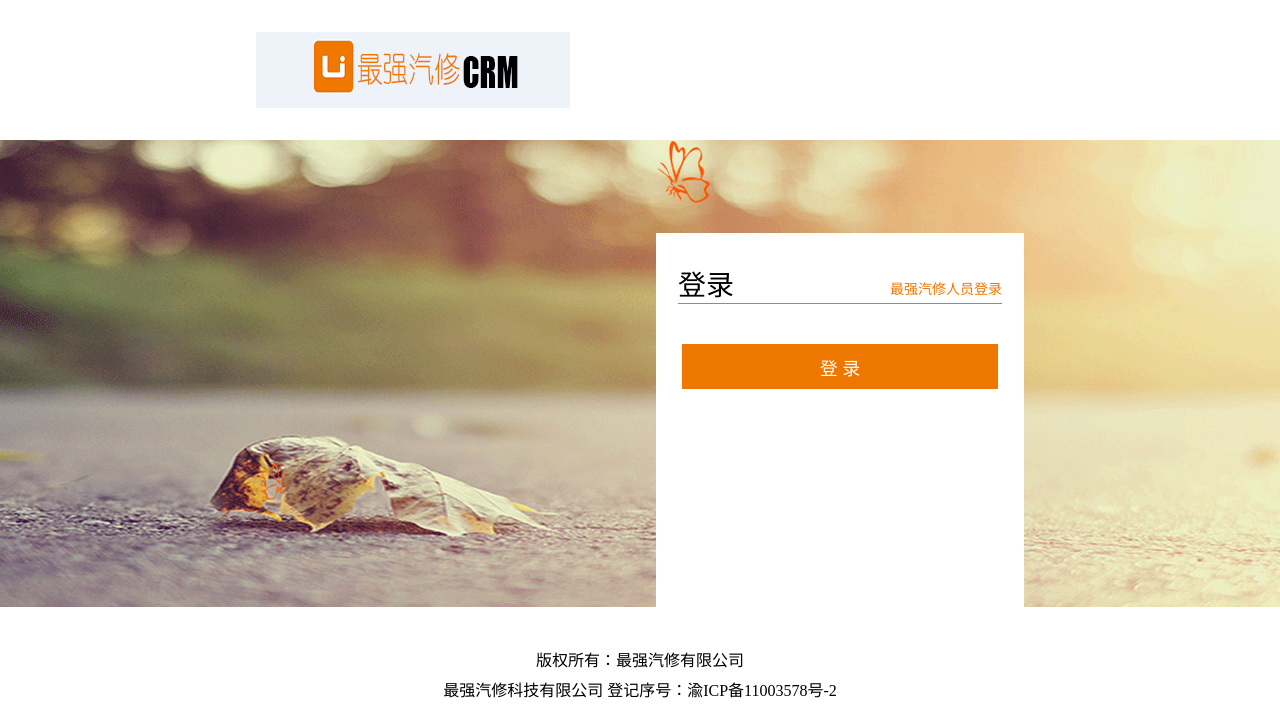
Repository: liaojingrui01/CarRepair
Page: http://localhost/CarWebPro/carOfficial/login.jsp
The author's editor kept a copy of each file at every save. The page is drawn from the files as they stood at one save, then again after the next save.
The browser window is 1280 px wide. The pictures show the whole page.
The page is served by Tomcat 9. Other server files are loaded and not shown.

Above is the page before, as saved 2019-07-02 10:13:32.

### CarWebPro/WebContent/carOfficial/login.jsp
<%@ page language="java" contentType="text/html; charset=utf-8"
	pageEncoding="utf-8"%>
<!DOCTYPE html PUBLIC "-//W3C//DTD XHTML 1.0 Transitional//EN" "http://www.w3.org/TR/xhtml1/DTD/xhtml1-transitional.dtd">
<html xmlns="http://www.w3.org/1999/xhtml">
<head>
<meta http-equiv="Content-Type" content="text/html; charset=utf-8" />
<title>最强汽修人员登录页面</title>
<link rel="stylesheet" type="text/css" href="./css/public.css" />
<link rel="stylesheet" type="text/css" href="./css/page.css" />
<script type="text/javascript" src="./js/jquery.min.js"></script>
<script type="text/javascript" src="./js/public.js"></script>
</head>
<body>

	<!-- 登录页面头部 -->
	<div class="logHead">
		<img src="./img/logLOGO.png" />
	</div>
	<!-- 登录页面头部结束 -->

	<!-- 登录body -->

	<div class="logDiv">
		<img class="logBanner" src="./img/logBanner.png" />
		<div class="logGet">
			<!-- 头部提示信息 -->
			<div class="logD logDtip">
				<p class="p1">登录</p>
				<p class="p2">最强汽修人员登录</p>
			</div>
			<!-- 输入框 -->
			<form action="${pageContext.request.contextPath }/admUrl?op=login" method="post">

				<div class="logC">
					<button type="submit">登 录</button>
				</div>
			</form>
		</div>
	</div>

	<!-- 登录body  end -->

	<!-- 登录页面底部 -->
	<div class="logFoot">
		<p class="p1">版权所有：最强汽修有限公司</p>
		<p class="p2">最强汽修科技有限公司 登记序号：渝ICP备11003578号-2</p>
	</div>
	<!-- 登录页面底部end -->
</body>
</html>

### CarWebPro/WebContent/backstage/css/public.css
@charset "utf-8";

* {
	padding: 0;
	margin: 0;
	font-family: "Microsoft YaHei";
	font-size: 14px;
}
#hides{display: none;}
a {
	text-decoration: none;
}

li {
	list-style-type: none;
}

/*head.css*/
/*页面整形CSS   请勿删除和覆盖   hy*/
#bg {
	width: 100%;
	overflow-x: hidden;
}

.head {
	width: 100%;
	height: 100px;
	background-color: #4390b9;
}

.head .headL {
	width: 440px;
	height: 100%;
	text-align: center;
	float: left;
	display: inline-block;
}

.head .headL img.headLogo {
	padding-top: 28px;
}

.head .headR {
	width: 400px;
	height: 100%;
	display: inline-block;
	float: right;
	text-align: right;
	margin-right: 120px;
}

.head .headR .p1 {
	padding-top: 30px;
	font-size: 18px;
	color: white;
	display: inline-block;
	cursor: pointer;
}

.head .headR .p2 {

}

.head .headR .p2 a {
	font-size: 14px;
	padding-top: 12px;
	display: inline-block;
	color: white;
	cursor: pointer;
}
/*head.html  弹出框关闭*/
.closeOut {
	width: 100%;
	height: 100%;
	background-color: rgba(0, 0, 0, 0.39);
	position: fixed;
	top: 0px;
	display: none;
}

.closeOut .coDiv {
	width: 20%;
	margin: auto;
	background-color: #fff;
	position: relative;
	top: 30%;
	text-align: center;
}

.closeOut .coDiv .p1 {
	position: relative;
	top: 5px;
	left: 45%;
}

.closeOut .coDiv .p1 span {
	width: 30px;
	height: 30px;
	display: inline-block;
	color: #fff;
	background-color: #3695cc;
	border-radius: 15px;
	line-height: 30px;
	font-size: 20px;
	cursor: pointer;
}

.closeOut .coDiv .p2 {
	font-size: 18px;
	margin-top: 20px;
}

.closeOut .coDiv .p3 {
	margin-top: 20px;
}

.closeOut .coDiv .p3 .ok {
	display: inline-block;
	width: 100px;
	height: 40px;
	background-color: #fff;
	border: 1px solid #3695cc;
	line-height: 40px;
	margin-left: 25px;
	margin-right: 25px;
	color: #333;
	font-size: 16px;
	margin-bottom: 65px;
}

.closeOut .coDiv .p3 .no {
	background-color: #3695cc;
	color: #fff;
}

/*******left页面css*******/
.container {
	width: 220px;
	height: 100%;
	margin: auto;
	position: absolute;
}

.leftsidebar_box {
	width: 220px;
	height: 100%;
	background-color: #f2f2f2;
}

.leftsidebar_box dt {
	background-color: #f9f9f9;
	color: #333;
	font-size: 14px;
	position: relative;
	line-height: 44px;
	cursor: pointer;
	border-bottom: 1px solid #dedede;
	border-right: 1px solid #dedede;
	padding-left: 40px;
}

.leftsidebar_box dd {
	display: none;
	position: relative;
	background-color: white;
	padding-left: 65px;
	border-bottom: 1px solid #dedede;
	border-right: 1px solid #dedede;
}

.leftsidebar_box dd a {
	color: #333;
	line-height: 42px;
	width: 100%;
	height: 100%;
	display: inline-block;
	cursor: pointer;
}

.leftsidebar_box dt img.icon1 {
	display: none;
	position: absolute;
	top: 10px;
	left: 10px;
}

.leftsidebar_box dt img.icon2 {
	position: absolute;
	top: 10px;
	left: 10px;
}

.leftsidebar_box dt img.icon3 {
	display: none;
	position: absolute;
	top: 20px;
	right: 12px;
}

.leftsidebar_box dt img.icon4 {
	position: absolute;
	top: 20px;
	right: 12px;
}

.leftsidebar_box dd img.icon5 {
	display: none;
	position: absolute;
	top: 0px;
	right: 0px;
}

.leftsidebar_box dd img.coin11 {
	display: none;
	position: absolute;
	top: 0px;
	left: 40px;
}

.leftsidebar_box dd img.coin22 {
	position: absolute;
	top: 0px;
	left: 40px;
}

.leftsidebar_box dl dd:last-child {
	padding-bottom: 10px;
}

.leftsidebar_box .line {
	background-color: #f9f9f9;
	color: #333;
	font-size: 14px;
	position: relative;
	line-height: 44px;
	cursor: pointer;
	border-bottom: 1px solid #dedede;
	border-right: 1px solid #dedede;
	padding-left: 40px
}

.leftsidebar_box .line img {
	position: absolute;
	top: 10px;
	left: 10px;
}

.leftsidebar_box .menu_chioce1 {
	color: #106ea9;
}

.leftsidebar_box .menu_chioce2 {
	color: #106ea9;
}
/*left.css end*/

### CarWebPro/WebContent/backstage/css/page.css
@charset "utf-8";
/*登录页面样式*/
.logHead {
	width: 100%;
	height: 140px;
}
#hides{display: none;}
.logHead img {
	margin-left: 20%;
	margin-top: 32px;
}

.logDiv {
	width: 100%;
	position: relative;
}

.logDiv img.logBanner {
	width: 100%;
	overflow: hidden;
}

.logDiv .logGet {
	width: 368px;
	height: 408px;
	background-color: white;
	position: absolute;
	top: 20%;
	right: 20%;
}

.logDiv .logGet .logDtip {
	width: 88%;
	border-bottom: 1px solid #ee7700;
	margin: 0px auto;
	margin-bottom: 40px
}

.logDiv .logGet .lgD {
	width: 86%;
	margin: 0px auto;
	position: relative;
	margin-bottom: 20px;
}

.logDiv .logGet .lgD img.img1 {
	position: absolute;
	top: 12px;
	left: 8px;
}

.logDiv .logGet .lgD input {
	width: 100%;
	height: 42px;
	text-indent: 2.5rem;
}

.logDiv .logGet .lgD input.getYZM {
	width: 160px;
	display: inline-block;
}

.logDiv .logGet .lgD .logYZM {
	width: 100px;
	height: 46px;
	overflow: hidden;
	display: inline-block;
	position: relative;
	top: 18px;
}

.logDiv .logGet .lgD .logYZM img.yzm {
	width: 100%;
}

.logDiv .logGet .logD2 {
	margin-top: -20px;
}

.logDiv .logGet .logD .p1 {
	display: inline-block;
	font-size: 28px;
	margin-top: 30px;
}

.logDiv .logGet .logD .p2 {
	display: inline-block;
	font-size: 14px;
	margin-top: 45px;
	float: right;
	color: #ee7700;
}

.logDiv .logC {
	width: 86%;
	margin: 0px auto;
	margin-top: 30px;
}

.logDiv .logC button {
	width: 100%;
	height: 45px;
	background-color: #ee7700;
	border: none;
	color: white;
	font-size: 18px;
}

.logFoot {
	width: 100%;
	height: 118px;
	text-align: center;
}

.logFoot .p1 {
	padding-top: 40px;
	font-size: 16px;
}

.logFoot .p2 {
	padding-top: 6px;
	font-size: 16px;
}
/*登录页面样式end*/

### CarWebPro/WebContent/backstage/js/public.js
// head.html 的弹出框 JS
// $(".goOut").click(function(){
//    $(".closeOut").show();
//  });
//  $(".p1").click(function(){
//    $(".closeOut").hide();
//  });
//  $(".no").click(function(){
//    $(".closeOut").hide();
//  });
 // head.html 的弹出框 JS  end


// left.html 的切换节点  JS
$(function(){
	// 点击展开事件，切换图片
	$(".leftsidebar_box dt").click(function(){
		// 先处理掉所有存在的节点,再判断是否存在
		$('.icon1').hide();
		$('.icon2').show();
		$(".leftsidebar_box dt").removeClass('menu_chioce1');
		if ($(this).parent().find('dd').is(":hidden")) {
			$(this).parent().find('.icon1').show();
			$(this).parent().find('.icon2').hide();
			$(this).parent().find('.icon3').show();
			$(this).parent().find('.icon4').hide();
			$(this).addClass('menu_chioce1');
		}else{
			$(this).parent().find('.icon1').hide();
			$(this).parent().find('.icon2').show();
			$(this).parent().find('.icon3').hide();
			$(this).parent().find('.icon4').show();
			$(this).removeClass('menu_chioce1');
		}
		$(this).parent().find('dd').removeClass("menu_chioce");
		$(".menu_chioce").slideUp();
		$(this).parent().find('dd').slideToggle();
		$(this).parent().find('dd').addClass("menu_chioce");


	});
	$(".cks").click(function(){
		// 先处理掉所有存在的节点,再判断是否存在
		$(".icon5").hide();
		$('.coin11').hide();
		$('.coin22').show();
		$(this).parent().find('.coin11').show();
		$(this).parent().find('.coin22').hide();
		$(".leftsidebar_box .cks").removeClass('menu_chioce2');
		if ($(this).parent().find('.icon5').is(":hidden")) {
			$(this).addClass('menu_chioce2');
			$(this).parent().find('.icon5').show();
		}else{
			$(this).removeClass('menu_chioce2');
			$(this).parent().find('.icon5').hide();
		}


	});
})
// left.html 的切换节点  JS end

Loaded but not shown: CarWebPro/WebContent/backstage/js/jquery.min.js (library)

After the next save:
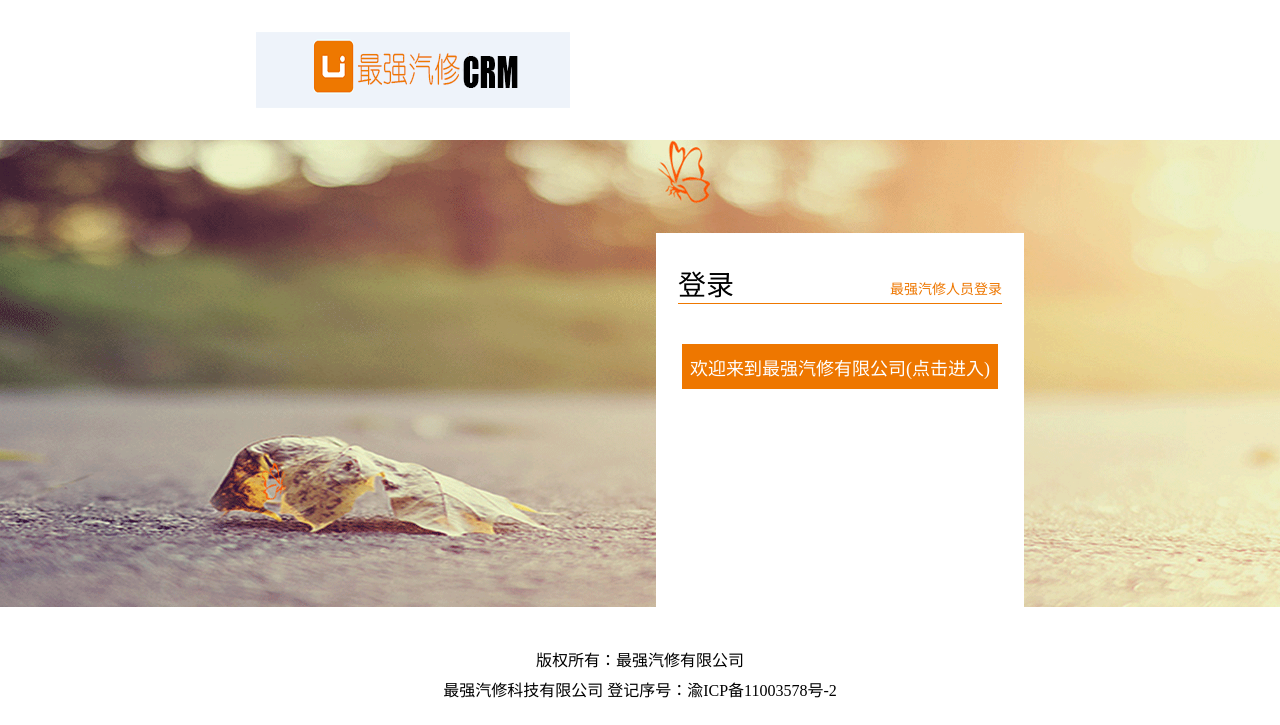
Saved 2 min 21 s later.
--- a/CarWebPro/WebContent/carOfficial/login.jsp
+++ b/CarWebPro/WebContent/carOfficial/login.jsp
@@ -29,10 +29,10 @@
 				<p class="p2">最强汽修人员登录</p>
 			</div>
 			<!-- 输入框 -->
-			<form action="${pageContext.request.contextPath }/admUrl?op=login" method="post">
+			<form action="${pageContext.request.contextPath }/indexUrl?op=queryBunner" method="post">
 
 				<div class="logC">
-					<button type="submit">登 录</button>
+					<button type="submit">欢迎来到最强汽修有限公司(点击进入)</button>
 				</div>
 			</form>
 		</div>
